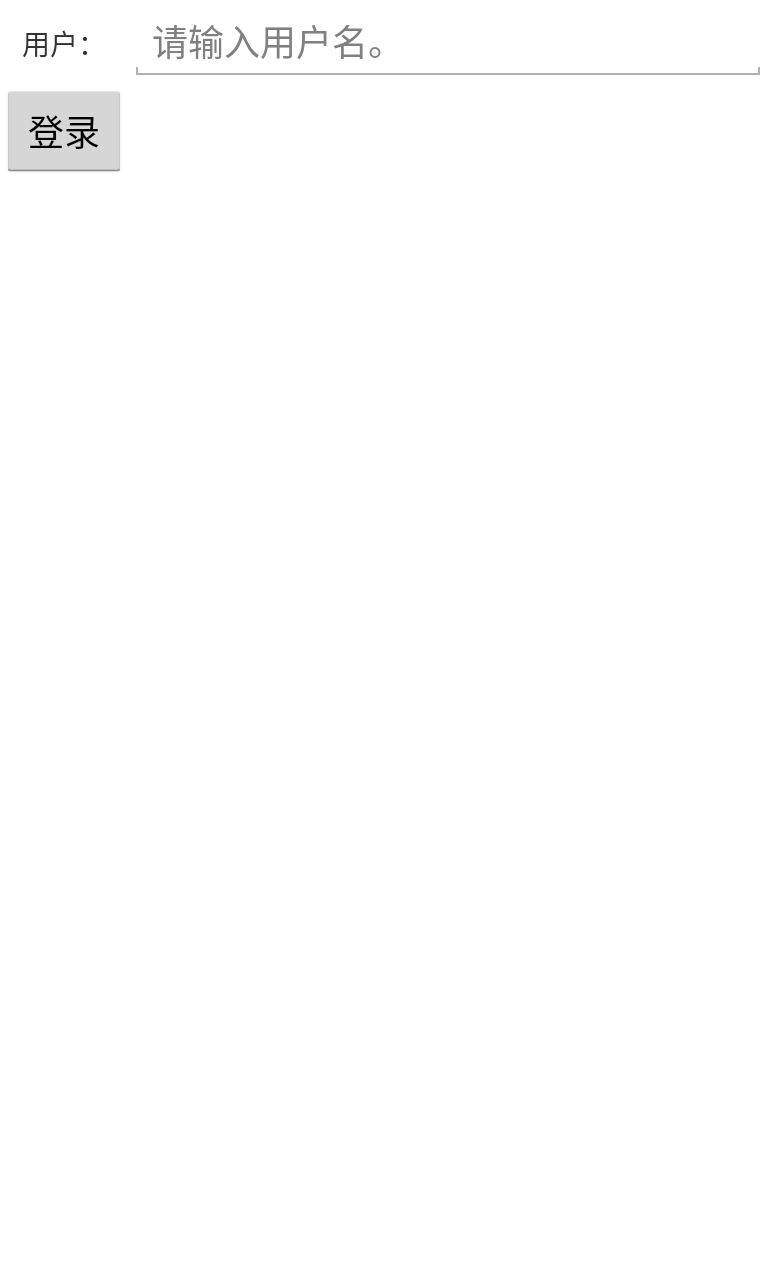
Repository: jinpp/Android
Layout: UILayoutTest/res/layout/talblelayout.xml
These files come from the project's save history. The layout is drawn as it stood at one moment and after the next save; the edit follows.
It is drawn on a 768 x 1280 px phone screen (xhdpi) without system bars, with theme AppTheme; the app's code is not run.

Above is the layout before, as saved 2016-11-17 01:10:44.

After the next save:
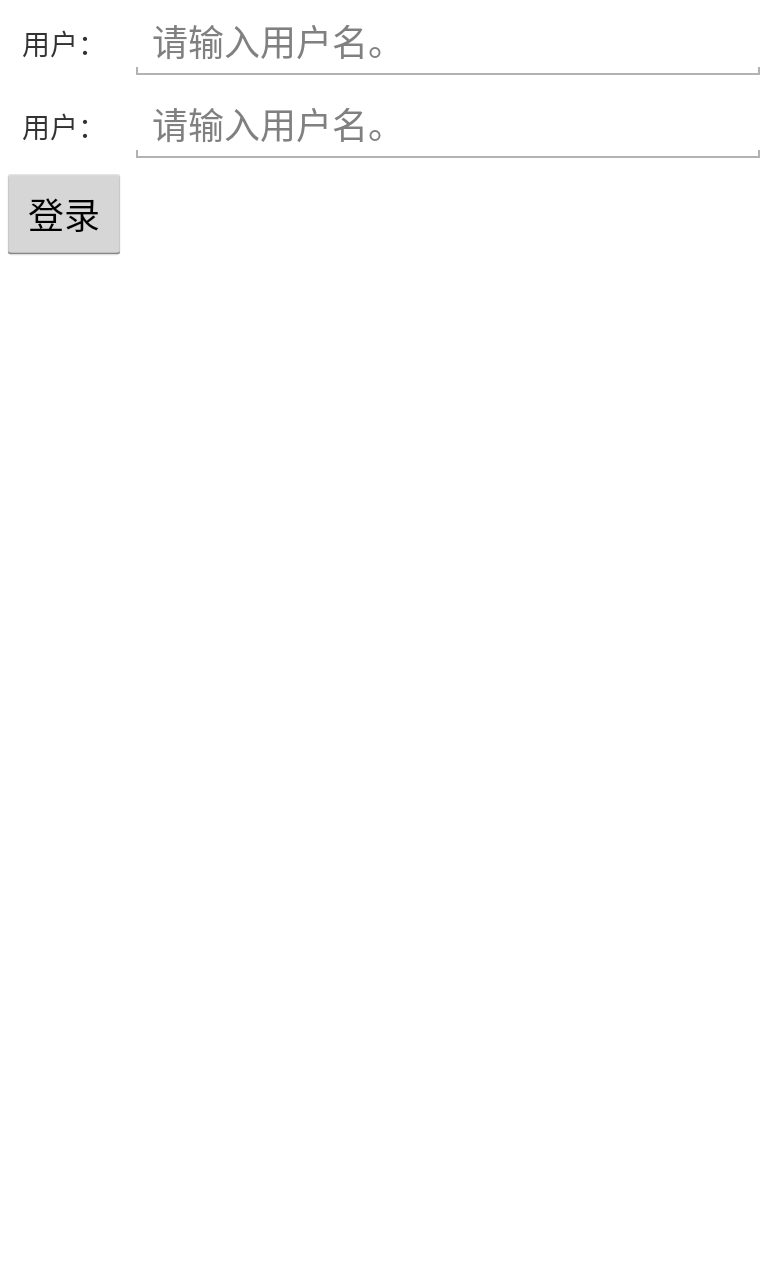
Saved 46 s later.
--- a/UILayoutTest/res/layout/talblelayout.xml
+++ b/UILayoutTest/res/layout/talblelayout.xml
@@ -19,7 +19,22 @@
             android:layout_weight="1"
             android:hint="请输入用户名。" />
     </TableRow>
+ <TableRow>
 
+        <TextView
+            android:id="@+id/user"
+            android:layout_width="wrap_content"
+            android:layout_height="wrap_content"
+            android:gravity="center"
+            android:text="用户：" />
+
+        <EditText
+            android:id="@+id/password"
+            android:layout_width="0dp"
+            android:layout_height="wrap_content"
+            android:layout_weight="1"
+            android:hint="请输入用户名。" />
+    </TableRow>
     <TableRow>
 
         <Button
